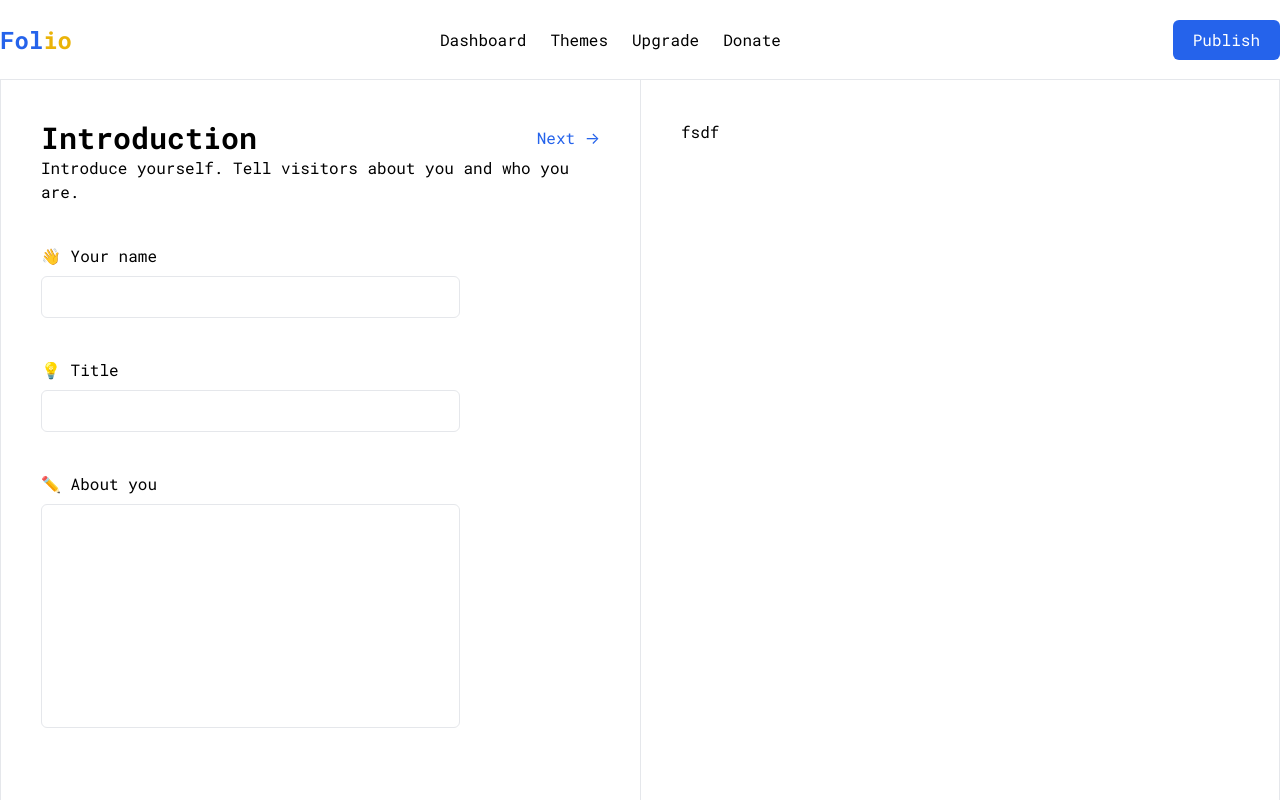
Repository: langford-dev/follio
Page: /
These files come from the project's save history. The page is drawn as it stood at one moment and after the next save; the edit follows.
The browser window is 1280 px wide. The pictures show the whole page.
The project was rebuilt for these pictures with package versions that can differ from the ones it lists, and the page was loaded fresh each time. The framework's server and built-in components were replaced by stand-ins that run in the browser. Also part of the build but not shown: next.config.js.

Above is the page before, as saved 2022-03-19 11:10:28.

After the next save:
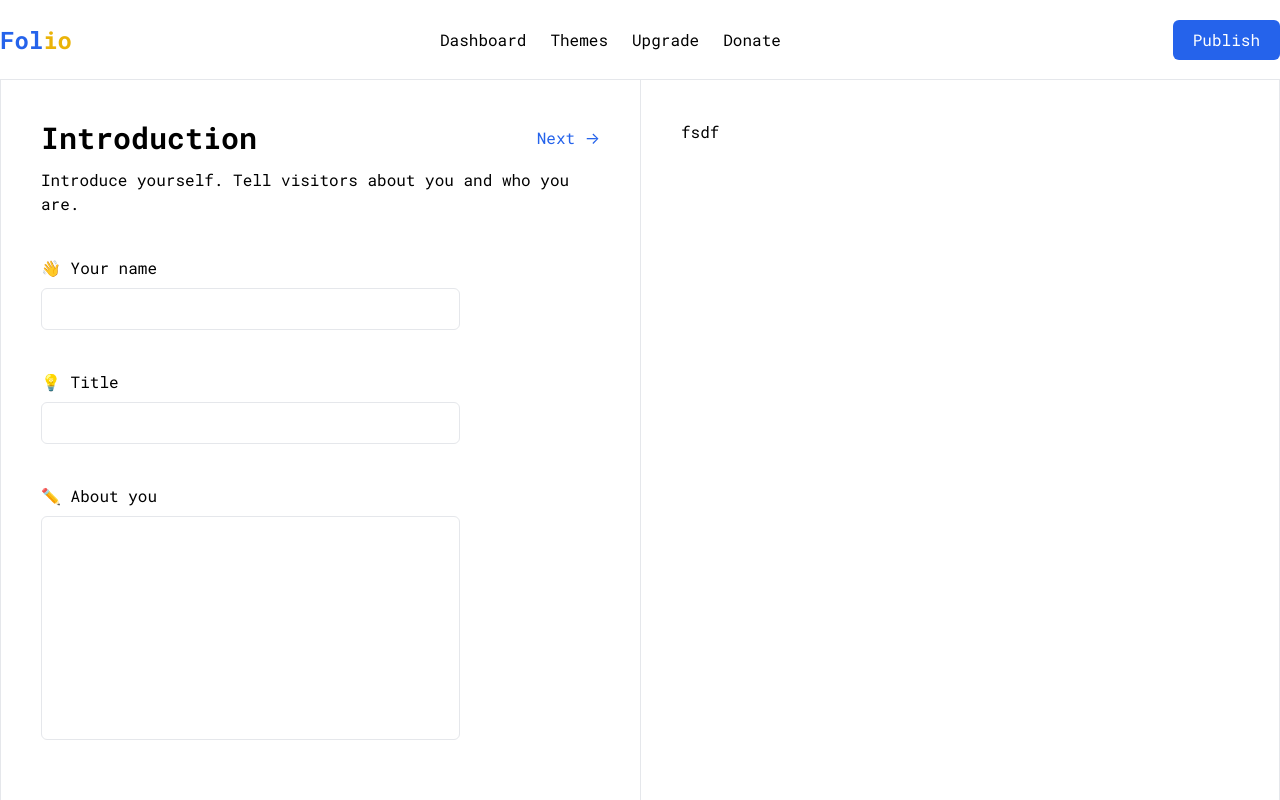
Saved 7 s later.
--- a/components/body.js
+++ b/components/body.js
@@ -25,7 +25,7 @@ const EditView = () => {
                         <p className={styles.title}>Introduction</p>
                         <p className={styles.textButton}>Next &rarr;</p>
                     </div>
-                    <p>Introduce yourself. Tell visitors about you and who you are.</p>
+                    <p className="mt-3">Introduce yourself. Tell visitors about you and who you are.</p>
                 </div>
                 <div className={styles.inputContainer}>
                     <label className={styles.label}>👋 Your name</label>
